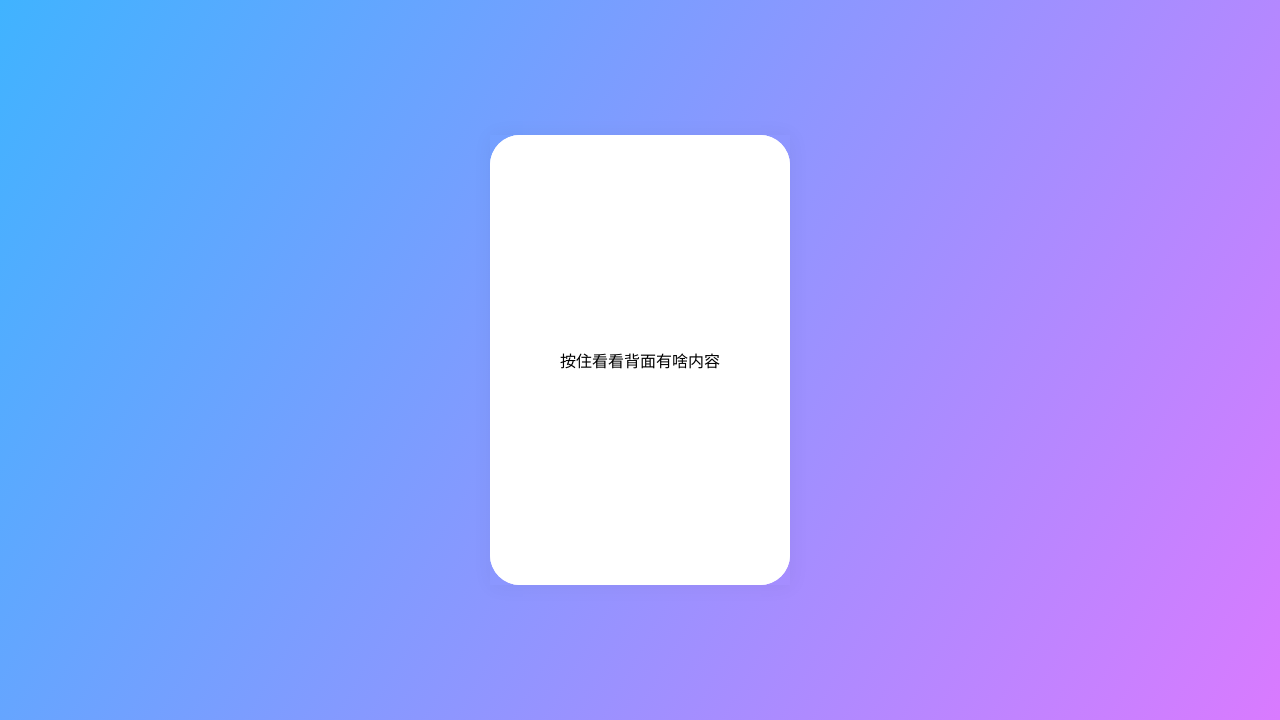
Repository: triumph-star/CSS-practice
Page: One CSS per day/overturn/index.html
An editor plug-in stored every save of this project. The page is shown before and after a run of saves, followed by the edit.
The browser window is 1280 px wide. The pictures show the whole page.

Above is the page before, as saved 2020-11-17 09:32:30.

After the next 2 saves:
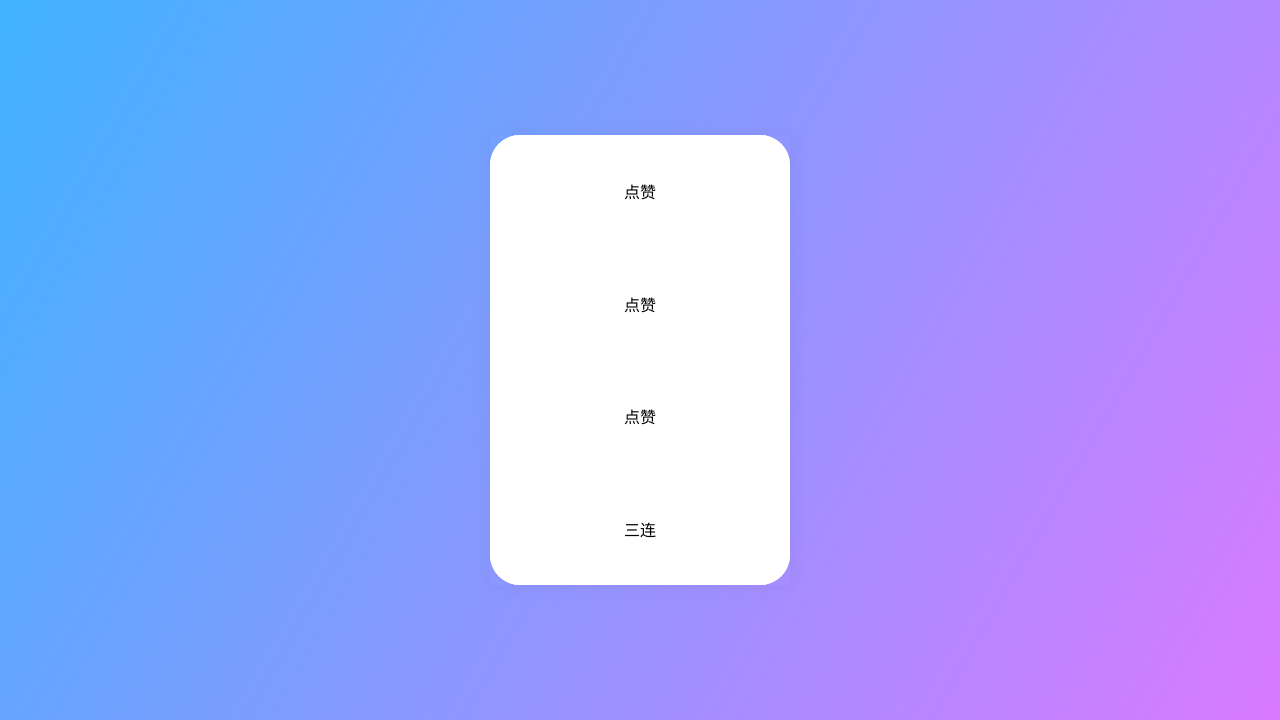
The 2 saves are shown as one change because they came seconds apart.
The last was saved 10 s later.
--- a/One CSS per day/overturn/css.css
+++ b/One CSS per day/overturn/css.css
@@ -39,5 +39,5 @@ body {
 }
 
 .card_back {
-  tra
+  transform-style: preserve-3d;
 }
